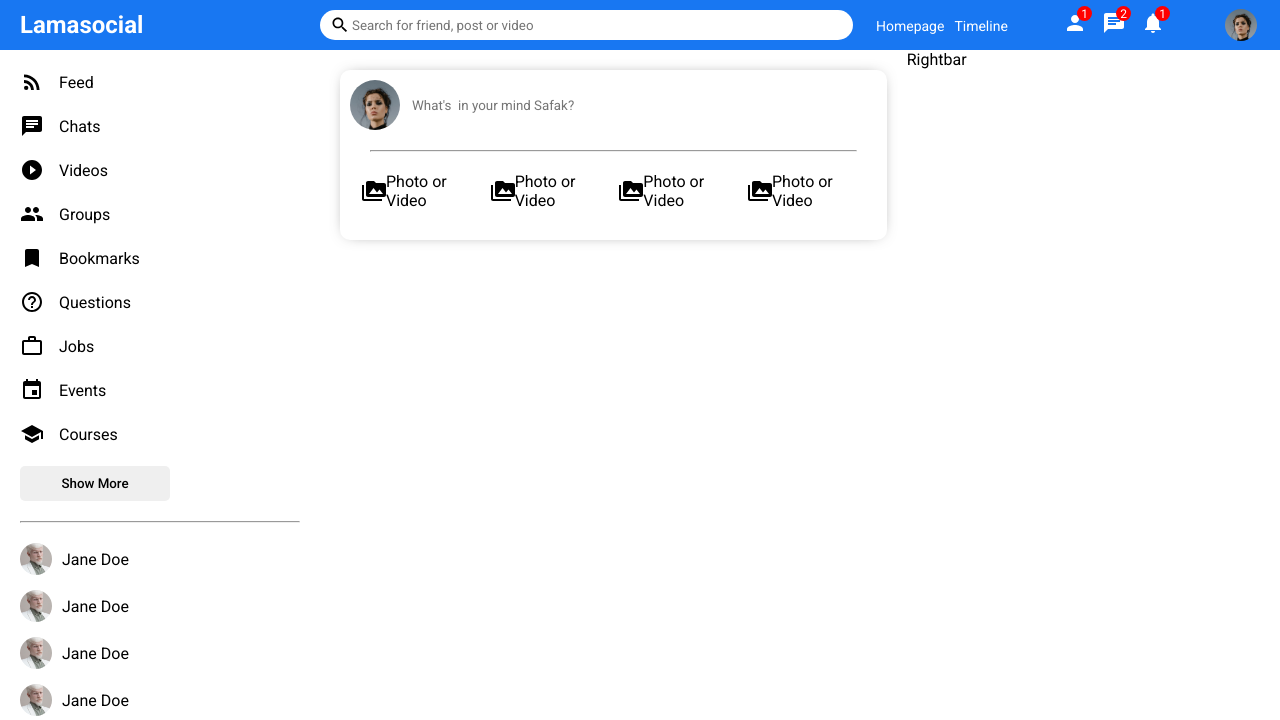
Repository: nazlinres01/react-social
Page: / (app in client/)
These files come from the project's save history. The page is drawn as it stood at one moment and after the next save; the edit follows.
The browser window is 1280 px wide. The pictures show the whole page.
The project was rebuilt for these pictures with package versions that can differ from the ones it lists, and the page was loaded fresh each time.

Above is the page before, as saved 2024-06-12 14:28:14.

### client/public/index.html
<!DOCTYPE html>
<html lang="en">

<head>
  <meta charset="utf-8" />
  <meta name="viewport" content="width=device-width, initial-scale=1" />
  <meta name="description" content="Web site created using create-react-app" />
  <link
    href="https://fonts.googleapis.com/css2?family=Roboto:ital,wght@0,100;0,300;0,400;0,500;0,700;0,900;1,100;1,300;1,400;1,500;1,700;1,900&display=swap"
    rel="stylesheet">
    <link rel="stylesheet" href="style.css">
  <title>Social App</title>
</head>

<body>
  <noscript>You need to enable JavaScript to run this app.</noscript>
  <div id="root"></div>
</body>

</html>

### client/src/App.js
import Home from "./pages/home/Home";

function App() {
  return <Home />
}

export default App;

### client/src/pages/home/Home.jsx
import Feed from "../../components/feed/Feed";
import Rightbar from "../../components/rightbar/Rightbar";
import Sidebar from "../../components/sidebar/Sidebar";
import Topbar from "../../components/topbar/Topbar";
import "./home.css"

export default function Home() {
    return (
        <>
            <Topbar />
            <div className="homeContainer">
                <Sidebar />
                <Feed />
                <Rightbar />

            </div>

        </>
    );
}

### client/src/components/feed/Feed.jsx
import Share from "../share/Share"
import "./feed.css"

export default function Feed() {
    return (
        <div className="feed">
            <div className="feedWrapper">
                <Share />
            </div>
        </div>
    )
}

### client/src/components/rightbar/Rightbar.jsx
import "./rightbar.css"

export default function Rightbar() {
    return (
        <div className="rightbar">
            Rightbar</div>
    )
}

### client/src/components/sidebar/Sidebar.jsx
import "./sidebar.css"
import { Bookmark, Chat, Event, Group, HelpOutline, PlayCircleFilledOutlined, RssFeed, School, WorkOutline } from "@material-ui/icons"

export default function Sidebar() {
    return (
        <div className="sidebar">
            <div className="sidebarWrapper">
                <ul className="sidebarList">
                    <li className="sidebarListItem">
                        <RssFeed className="sidebarIcon" />
                        <span className="sidebarListItemText">Feed</span>
                    </li>
                    <li className="sidebarListItem">
                        <Chat className="sidebarIcon" />
                        <span className="sidebarListItemText">Chats</span>
                    </li>
                    <li className="sidebarListItem">
                        <PlayCircleFilledOutlined className="sidebarIcon" />
                        <span className="sidebarListItemText">Videos</span>
                    </li>
                    <li className="sidebarListItem">
                        <Group className="sidebarIcon" />
                        <span className="sidebarListItemText">Groups</span>
                    </li>
                    <li className="sidebarListItem">
                        <Bookmark className="sidebarIcon" />
                        <span className="sidebarListItemText">Bookmarks</span>
                    </li>
                    <li className="sidebarListItem">
                        <HelpOutline className="sidebarIcon" />
                        <span className="sidebarListItemText">Questions</span>
                    </li>
                    <li className="sidebarListItem">
                        <WorkOutline className="sidebarIcon" />
                        <span className="sidebarListItemText">Jobs</span>
                    </li>
                    <li className="sidebarListItem">
                        <Event className="sidebarIcon" />
                        <span className="sidebarListItemText">Events</span>
                    </li>
                    <li className="sidebarListItem">
                        <School className="sidebarIcon" />
                        <span className="sidebarListItemText">Courses</span>
                    </li>
                </ul>
                <button className="sidebarButton">Show More</button>
                <hr className="sidebarHr" />
                <ul className="sidebarFriendList">
                    <li className="sidebarFriend">
                        <img className="sidebarFriendImg" src="/assets/person/2.jpeg" alt="" />
                        <span className="sidebarFriendName">Jane Doe</span>
                    </li>
                    <li className="sidebarFriend">
                        <img className="sidebarFriendImg" src="/assets/person/2.jpeg" alt="" />
                        <span className="sidebarFriendName">Jane Doe</span>
                    </li>
                    <li className="sidebarFriend">
                        <img className="sidebarFriendImg" src="/assets/person/2.jpeg" alt="" />
                        <span className="sidebarFriendName">Jane Doe</span>
                    </li>
                    <li className="sidebarFriend">
                        <img className="sidebarFriendImg" src="/assets/person/2.jpeg" alt="" />
                        <span className="sidebarFriendName">Jane Doe</span>
                    </li>
                    <li className="sidebarFriend">
                        <img className="sidebarFriendImg" src="/assets/person/2.jpeg" alt="" />
                        <span className="sidebarFriendName">Jane Doe</span>
                    </li>
                    <li className="sidebarFriend">
                        <img className="sidebarFriendImg" src="/assets/person/2.jpeg" alt="" />
                        <span className="sidebarFriendName">Jane Doe</span>
                    </li>
                    <li className="sidebarFriend">
                        <img className="sidebarFriendImg" src="/assets/person/2.jpeg" alt="" />
                        <span className="sidebarFriendName">Jane Doe</span>
                    </li>
                    <li className="sidebarFriend">
                        <img className="sidebarFriendImg" src="/assets/person/2.jpeg" alt="" />
                        <span className="sidebarFriendName">Jane Doe</span>
                    </li>
                    <li className="sidebarFriend">
                        <img className="sidebarFriendImg" src="/assets/person/2.jpeg" alt="" />
                        <span className="sidebarFriendName">Jane Doe</span>
                    </li>
                    <li className="sidebarFriend">
                        <img className="sidebarFriendImg" src="/assets/person/2.jpeg" alt="" />
                        <span className="sidebarFriendName">Jane Doe</span>
                    </li>
                    <li className="sidebarFriend">
                        <img className="sidebarFriendImg" src="/assets/person/2.jpeg" alt="" />
                        <span className="sidebarFriendName">Jane Doe</span>
                    </li>
                    <li className="sidebarFriend">
                        <img className="sidebarFriendImg" src="/assets/person/2.jpeg" alt="" />
                        <span className="sidebarFriendName">Jane Doe</span>
                    </li>
                    <li className="sidebarFriend">
                        <img className="sidebarFriendImg" src="/assets/person/2.jpeg" alt="" />
                        <span className="sidebarFriendName">Jane Doe</span>
                    </li>
                </ul>
            </div>
        </div>
    )
}

### client/src/components/topbar/Topbar.jsx
import "./topbar.css"
import { Search, Person, Chat, Notifications } from "@material-ui/icons"

export default function Topbar() {
  return (
    <div className="topbarContainer">
      <div className="topbarLeft">
        <span className="logo">Lamasocial</span>
      </div>
      <div className="topbarCenter">
        <div className="searchbar">
          <Search className="searchIcon" />
          <input placeholder="Search for friend, post or video" className="searchInput" />
        </div>
      </div>
      <div className="topbarRight">
        <div className="topbarLinks">
          <span className="topbarLink">Homepage</span>
          <span className="topbarLink">Timeline</span>
        </div>
        <div className="topbarIcons">
          <div className="topbarIconItem">
            <Person />
            <span className="topbarIconBadge">1</span>
          </div>
          <div className="topbarIconItem">
            <Chat />
            <span className="topbarIconBadge">2</span>
          </div>
          <div className="topbarIconItem">
            <Notifications />
            <span className="topbarIconBadge">1</span>
          </div>
        </div>
        <img src="/assets/person/1.jpeg" alt="" className="topbarImg" />
      </div>

    </div>
  )
}

### client/src/components/share/Share.jsx
import "./share.css";
import { PermMedia } from "@material-ui/icons";

export default function Share() {
    return (
        <div className="share">
            <div className="shareWrapper">
                <div className="shareTop">
                    <img src="/assets/person/1.jpeg" alt="" className="shareProfileImg" />
                    <input placeholder="What's  in your mind Safak?" className="shareInput" />
                </div>
                <hr className="shareHr" />
                <div className="shareBottom">
                    <div className="shareOptions">
                        <div className="shareOption">
                            <PermMedia className="shareIcon" />
                            <span className="shareOptionText">Photo or Video</span>
                        </div>
                        <div className="shareOption">
                            <PermMedia className="shareIcon" />
                            <span className="shareOptionText">Photo or Video</span>
                        </div>
                        <div className="shareOption">
                            <PermMedia className="shareIcon" />
                            <span className="shareOptionText">Photo or Video</span>
                        </div>
                        <div className="shareOption">
                            <PermMedia className="shareIcon" />
                            <span className="shareOptionText">Photo or Video</span>
                        </div>
                    </div>
                </div>
            </div>
        </div>
    )
}

### client/src/components/rightbar/rightbar.css
.rightbar {
    flex: 3.5;
}

### client/src/components/sidebar/sidebar.css
.sidebar {
    flex: 3;
    height: calc(100vh - 50px);
    overflow-y: scroll;
}

::-webkit-scrollbar {
    width: 5px;
}

::-webkit-scrolbar-track {
    background-color: #f1f1f1;
}

::-webkit-scrollbar-thumb {
    background-color: rgb(179, 179, 179);
}

.sidebarWrapper {
    padding: 20px;
}

.sidebarList {
    padding: 0;
    margin: 0;
    list-style: none;
}

.sidebarListItem {
    display: flex;
    align-items: center;
    margin-bottom: 20px;
}

.sidebarIcon {
    margin-right: 15px;
}

.sidebarButton {
    width: 150px;
    border: none;
    padding: 10px;
    border-radius: 5px;
    font-weight: 500;
}

.sidebarHr {
    margin: 20px 0;
}

.sidebarFriendList {
    padding: 0;
    margin: 0;
    list-style: none;
}

.sidebarFriend {
    display: flex;
    align-items: center;
    margin-bottom: 15px;
}

.sidebarFriendImg {
    width: 32px;
    height: 32px;
    border-radius: 50%;
    object-fit: cover;
    margin-right: 10px;
}

### client/src/components/topbar/topbar.css
.topbarContainer {
    height: 50px;
    width: 100%;
    background-color: #1877f2;
    display: flex;
    align-items: center;
    position: sticky;
    top: 0;
}

.topbarLeft {
    flex: 3;
}

.logo {
    font-size: 24px;
    margin-left: 20px;
    font-weight: bold;
    color: white;
    cursor: pointer;
}

.topbarCenter {
    flex: 5;
}

.searchbar {
    width: 100%;
    height: 30px;
    background-color: white;
    border-radius: 30px;
    display: flex;
    align-items: center;
}

.searchIcon {
    font-size: 20px !important;
    margin-left: 10px;
}

.searchInput {
    border: none;
    width: 70%;
}

.searchInput:focus {
    outline: none;
}

.topbarRight {
    flex: 4;
    display: flex;
    align-items: center;
    justify-content: space-around;
    color: white;
}

.topbarLink {
    margin-right: 10px;
    font-size: 14px;
    cursor: pointer;
}

.topbarIcons {
    display: flex;
}

.topbarIconItem {
    margin-right: 15px;
    cursor: pointer;
    position: relative;

}

.topbarIconBadge {
    width: 15px;
    height: 15px;
    background-color: red;
    border-radius: 50%;
    color: white;
    position: absolute;
    top: -5px;
    right: -5px;
    display: flex;
    align-items: center;
    justify-content: center;
    font-size: 12px;
}

.topbarImg {
    width: 32px;
    height: 32px;
    border-radius: 50%;
    object-fit: cover;
    cursor: pointer;
}

### client/src/components/share/share.css
.share {
    width: 100%;
    height: 170px;
    border-radius: 10px;
    -webkit-box-shdow: 0px 0px 16px -8px rgba(0, 0, 0, 0.68);
    box-shadow: 0px 0px 16px -8px rgba(0, 0, 0, 0.68);
}

.shareWrapper {
    padding: 10px;
}

.shareTop {
    display: flex;
    align-items: center;
}

.shareProfileImg {
    width: 50px;
    height: 50px;
    border-radius: 50%;
    object-fit: cover;
    margin-right: 10px;
}

.shareInput {
    border: none;
    width: 80%;
}

.shareInput:focus {
    outline: none;
}

.shareHr {
    margin: 20px;
}

.shareBottom {
    display: flex;
    align-items: center;
    justify-content: space-between;
}

.shareOptions {
    display: flex;
    margin-left: 12px;
}

.shareOption {
    display: flex;
    align-items: center;
    margin-right: 15px;
    cursor: pointer;
}

Loaded but not shown: client/src/index.js (common file); client/src/pages/home/home.css (common file); client/src/components/feed/feed.css (common file); client/public/style.css (common file)

After the next save:
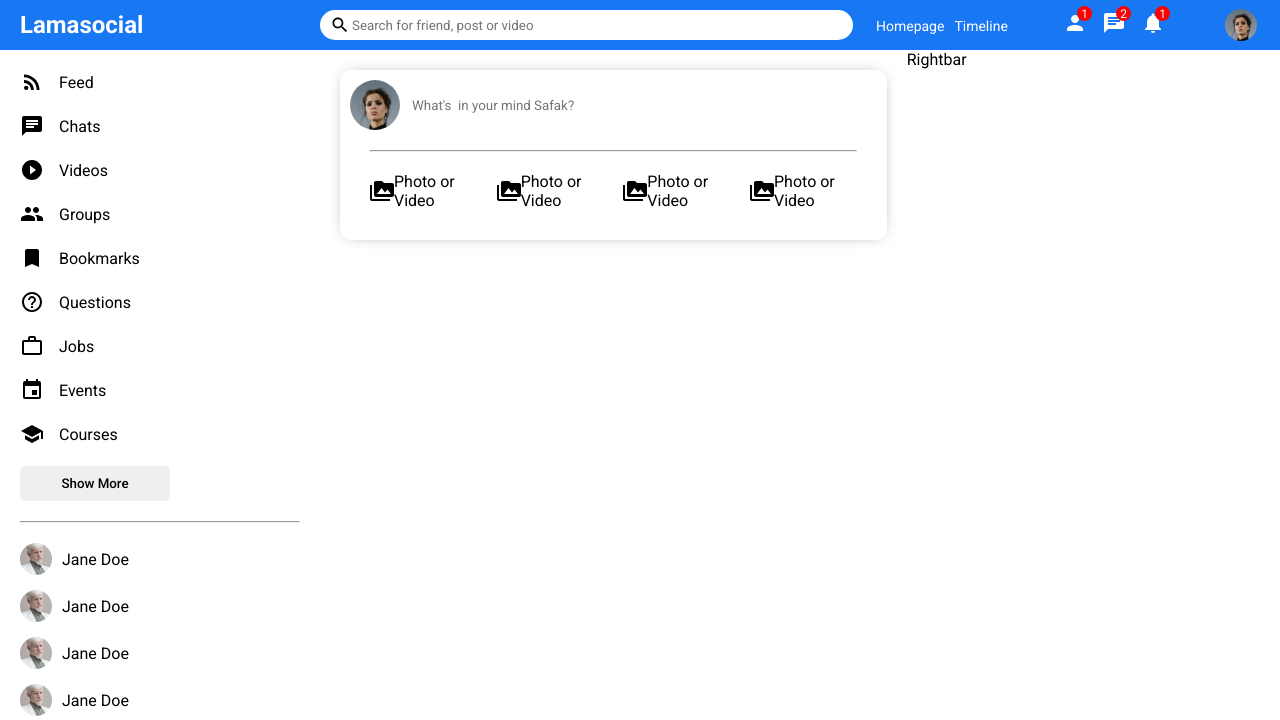
Saved 15 s later.
--- a/client/src/components/share/share.css
+++ b/client/src/components/share/share.css
@@ -44,7 +44,7 @@
 
 .shareOptions {
     display: flex;
-    margin-left: 12px;
+    margin-left: 20px;
 }
 
 .shareOption {

After the save that followed:
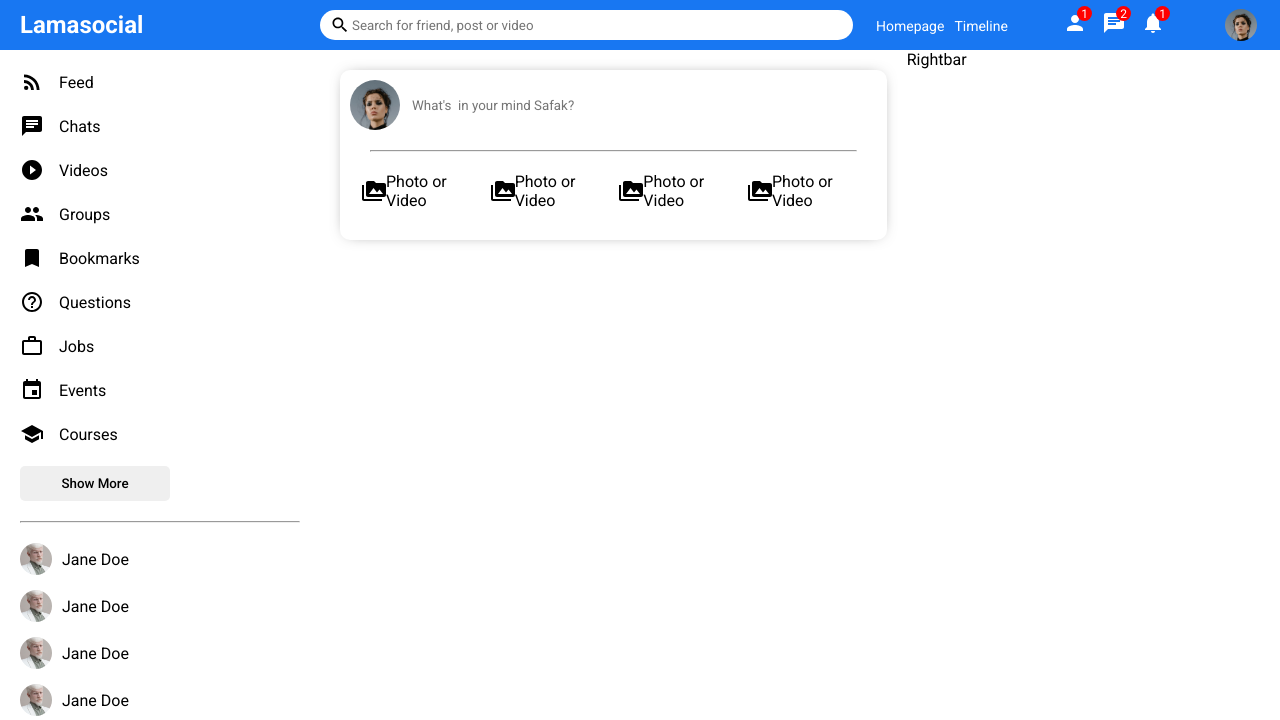
Saved 5 s later.
--- a/client/src/components/share/share.css
+++ b/client/src/components/share/share.css
@@ -44,7 +44,7 @@
 
 .shareOptions {
     display: flex;
-    margin-left: 20px;
+    margin-left: 12px;
 }
 
 .shareOption {
